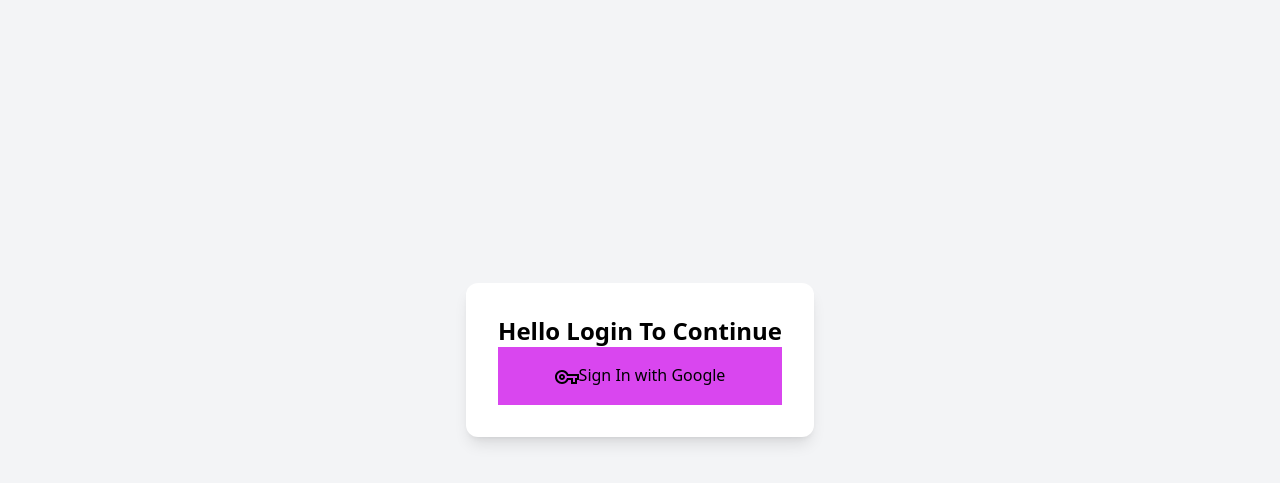
Repository: theanmol-raj/GoogleKeepCloneTutorial
Page: /
An editor plug-in stored every save of this project. The page is shown before and after the next save, followed by the edit.
The browser window is 1280 px wide. The pictures show the whole page.
The project was rebuilt for these pictures with package versions that can differ from the ones it lists, and the page was loaded fresh each time. Also part of the build but not shown: src/Components/Navbar.jsx, src/Screens/Homescreen.jsx.

Above is the page before, as saved 2022-08-31 15:41:19.

### public/index.html
<!DOCTYPE html>
<html lang="en">
  <head>
    <meta charset="utf-8" />
    <link rel="icon" href="%PUBLIC_URL%/favicon.ico" />
    <meta name="viewport" content="width=device-width, initial-scale=1" />
    <meta name="theme-color" content="#000000" />
    <meta
      name="description"
      content="Web site created using create-react-app"
    />
    <link rel="apple-touch-icon" href="%PUBLIC_URL%/logo192.png" />
    <!--
      manifest.json provides metadata used when your web app is installed on a
      user's mobile device or desktop. See https://developers.google.com/web/fundamentals/web-app-manifest/
    -->

    <!--
      Notice the use of %PUBLIC_URL% in the tags above.
      It will be replaced with the URL of the `public` folder during the build.
      Only files inside the `public` folder can be referenced from the HTML.

      Unlike "/favicon.ico" or "favicon.ico", "%PUBLIC_URL%/favicon.ico" will
      work correctly both with client-side routing and a non-root public URL.
      Learn how to configure a non-root public URL by running `npm run build`.
    -->
    <title>Google Keep Clone</title>
  </head>
  <body>
    <noscript>You need to enable JavaScript to run this app.</noscript>
    <div id="root"></div>
    <!--
      This HTML file is a template.
      If you open it directly in the browser, you will see an empty page.

      You can add webfonts, meta tags, or analytics to this file.
      The build step will place the bundled scripts into the <body> tag.

      To begin the development, run `npm start` or `yarn start`.
      To create a production bundle, use `npm run build` or `yarn build`.
    -->
  </body>
</html>

### src/index.js
import React from 'react';
import ReactDOM from 'react-dom/client';
import './index.css';
import App from './App';
import { BrowserRouter } from "react-router-dom";

const root = ReactDOM.createRoot(document.getElementById('root'));
root.render(
  <React.StrictMode>
    <BrowserRouter>
      <App />
    </BrowserRouter>
  </React.StrictMode>
);

### src/App.js
import Homescreen from "./Screens/Homescreen";
import { Routes, Route, Link } from "react-router-dom";
import { useState } from "react";
import { getAuth, signInWithPopup ,GoogleAuthProvider ,signOut } from "firebase/auth";
import app from './Firebase';
import LoginScreen from "./Screens/LoginScreen";


function App() {
  const auth = getAuth(app);
  const provider = new GoogleAuthProvider();
  const [user , Setuser] = useState(() => auth.currentUser);

  function SignIn(){
    signInWithPopup(auth, provider)
  .then((result) => {
    const u = result.user;
    Setuser(u);
  }).catch((error) => {
    console.log("error");
    Setuser(null);
  });
  }


  function SignOut(){
    signOut(auth).then(() => {
      Setuser(null);
    }).catch((error) => {
      // An error happened.
    });
  }

  return (
    <div className="App">
      <Routes>
        <Route path="/" element={user ? <Homescreen SO={SignOut} /> : <LoginScreen />} />
        <Route path="about" element={<h1>Hello About</h1>} />
      </Routes>

    </div>
  );
}

export default App;

### src/Firebase.js
// Import the functions you need from the SDKs you need
import { initializeApp } from "firebase/app";
// TODO: Add SDKs for Firebase products that you want to use
// https://firebase.google.com/docs/web/setup#available-libraries

// Your web app's Firebase configuration
const firebaseConfig = {
  apiKey: "AIzaSyB8YQJpBa67Fj90Uu-OgRLf18L3vLaKO0A",
  authDomain: "gogglekeep-27095.firebaseapp.com",
  projectId: "gogglekeep-27095",
  storageBucket: "gogglekeep-27095.appspot.com",
  messagingSenderId: "943781726856",
  appId: "1:943781726856:web:64849a8acbc84ad18bed3d"
};

// Initialize Firebase
const app = initializeApp(firebaseConfig);
export default app;

### src/Screens/LoginScreen.jsx
import React from 'react'
import VpnKeyOutlinedIcon from '@mui/icons-material/VpnKeyOutlined';

function LoginScreen() {
  return (
    <div className=' h-screen  w-screen flex justify-center items-center bg-gray-100'>
        <div className=' bg-white p-8 border- rounded-xl shadow-lg'>
            <h1 className=' text-2xl font-bold text-center'>Hello Login To Continue</h1>
            <button className=' w-full bg-fuchsia-500 hover:bg-fuchsia-200 p-4 '> <VpnKeyOutlinedIcon />Sign In with Google</button>
        </div>

    </div>
  )
}

export default LoginScreen

### src/Components/Sidebar.jsx
import React from 'react'
import LightbulbOutlinedIcon from '@mui/icons-material/LightbulbOutlined';
import NotificationsActiveOutlinedIcon from '@mui/icons-material/NotificationsActiveOutlined';
import BookmarkBorderOutlinedIcon from '@mui/icons-material/BookmarkBorderOutlined';
import CreateOutlinedIcon from '@mui/icons-material/CreateOutlined';
import SaveAltOutlinedIcon from '@mui/icons-material/SaveAltOutlined';
import DeleteOutlineOutlinedIcon from '@mui/icons-material/DeleteOutlineOutlined';

const array = [{text: "Notes" , icon : <LightbulbOutlinedIcon />},
{text: "Remainder" , icon : <NotificationsActiveOutlinedIcon />},{text: "ddgd" , icon : <BookmarkBorderOutlinedIcon />},{text: "Edit Label" , icon : <CreateOutlinedIcon />},{text: "Archive" , icon : <SaveAltOutlinedIcon />},{text: "Bin" , icon : <DeleteOutlineOutlinedIcon />}]




function Sidebar(props) {
  return (
    <div className={` ${props.sidebar? ' md:w-72' : ' w-0'} pt-20 flex shadow-2xl flex-col items-start  h-full transform transition-width duration-500 ease-out  font-semibold `}>
        {array.map((item ,index) => <div  className=' hover:bg-yellow-200 w-full rounded-3xl'><button className='py-4 px-5 hover:bg-yellow-200 rounded-full'>{item.icon} {props.sidebar && item.text }</button></div>)}

    </div>
  )
}

export default Sidebar

Loaded but not shown: src/index.css (common file); tailwind.config.js (common file)

After the next save:
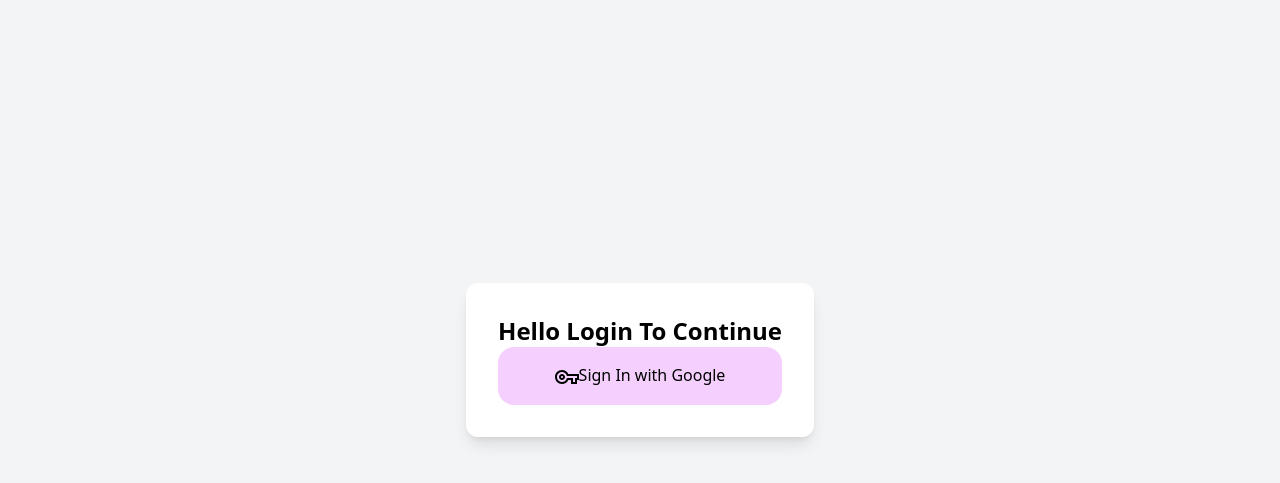
Saved 10 s later.
--- a/src/Screens/LoginScreen.jsx
+++ b/src/Screens/LoginScreen.jsx
@@ -6,7 +6,7 @@
     <div className=' h-screen  w-screen flex justify-center items-center bg-gray-100'>
         <div className=' bg-white p-8 border- rounded-xl shadow-lg'>
             <h1 className=' text-2xl font-bold text-center'>Hello Login To Continue</h1>
-            <button className=' w-full bg-fuchsia-500 hover:bg-fuchsia-200 p-4 '> <VpnKeyOutlinedIcon />Sign In with Google</button>
+            <button className=' w-full bg-fuchsia-200 rounded-2xl hover:bg-fuchsia-200 p-4 '> <VpnKeyOutlinedIcon />Sign In with Google</button>
         </div>
 
     </div>
